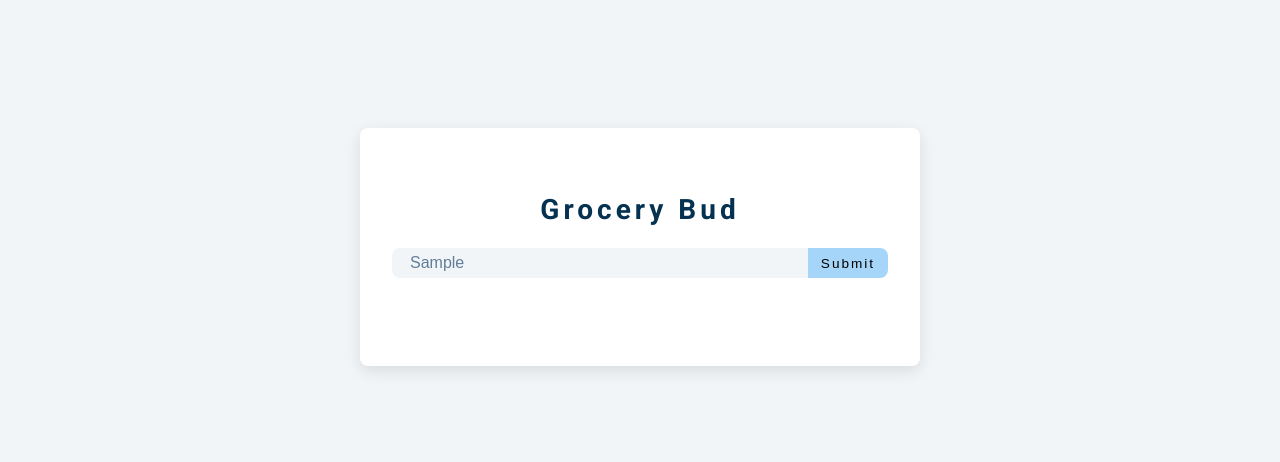
Repository: sunny070/javaScript
Page: Grogery_14/index.html
The author's editor kept a copy of each file at every save. The page is drawn from the files as they stood at one save, then again after a run of saves.
The browser window is 1280 px wide. The pictures show the whole page.
Empty fields were first filled with sample values (such as "Sample", 5 or name@example.com).
After loading, the first visible `form.grocery-form` was submitted once.
Some web libraries are served in a nearby version.

Above is the page before, as saved 2023-10-31 12:11:37.

### Grogery_14/index.html
<!DOCTYPE html>
<html lang="en">
<head>
    <meta charset="UTF-8">
    <meta name="viewport" content="width=device-width, initial-scale=1.0">
    <title>Grocery Bud</title>
    <link
    rel="stylesheet"
    href="https://cdnjs.cloudflare.com/ajax/libs/font-awesome/5.14.0/css/all.min.css"
  />
    <link rel="stylesheet" href="style.css">
</head>
<body>
    <section class="section-center">
        <!-- form -->
        <form action="" class="grocery-form">
            <p class="alert"></p>
            <h3>grocery bud</h3>
            <div class="form-control">
                <input type="text" id="grocery" placeholder="e.g. eggs">
                <button type="submit" class="submit-btn">submit</button>
            </div>
        </form>
        <!-- list -->
        <div class="grocery-container">
            <div class="grocery-list">
                <!-- <article class="grocery-item">
                    <p class="title">item</p>
                    <div class="btn-container">
                        <button type="button" class="edit-btn">
                            <i class="fas fa-edit"></i>
                        </button>
                        <button type="button" class="delete-btn">
                            <i class="fas fa-trash"></i>
                        </button>
                    </div>
                </article> -->
            </div>
            <!-- button -->
            <button type="button" class="clear-btn">clear items</button>
        </div>
    </section>
    <script src="app.js"></script>
</body>
</html>

### Grogery_14/style.css
/*
===============
Fonts
===============
*/
@import url("https://fonts.googleapis.com/css?family=Open+Sans|Roboto:400,700&display=swap");

/*
===============
Variables
===============
*/

:root {
  /* dark shades of primary color*/
  --clr-primary-1: hsl(205, 86%, 17%);
  --clr-primary-2: hsl(205, 77%, 27%);
  --clr-primary-3: hsl(205, 72%, 37%);
  --clr-primary-4: hsl(205, 63%, 48%);
  /* primary/main color */
  --clr-primary-5: #49a6e9;
  /* lighter shades of primary color */
  --clr-primary-6: hsl(205, 89%, 70%);
  --clr-primary-7: hsl(205, 90%, 76%);
  --clr-primary-8: hsl(205, 86%, 81%);
  --clr-primary-9: hsl(205, 90%, 88%);
  --clr-primary-10: hsl(205, 100%, 96%);
  /* darkest grey - used for headings */
  --clr-grey-1: hsl(209, 61%, 16%);
  --clr-grey-2: hsl(211, 39%, 23%);
  --clr-grey-3: hsl(209, 34%, 30%);
  --clr-grey-4: hsl(209, 28%, 39%);
  /* grey used for paragraphs */
  --clr-grey-5: hsl(210, 22%, 49%);
  --clr-grey-6: hsl(209, 23%, 60%);
  --clr-grey-7: hsl(211, 27%, 70%);
  --clr-grey-8: hsl(210, 31%, 80%);
  --clr-grey-9: hsl(212, 33%, 89%);
  --clr-grey-10: hsl(210, 36%, 96%);
  --clr-white: #fff;
  --clr-red-dark: hsl(360, 67%, 44%);
  --clr-red-light: hsl(360, 71%, 66%);
  --clr-green-dark: hsl(125, 67%, 44%);
  --clr-green-light: hsl(125, 71%, 66%);
  --clr-black: #222;
  --ff-primary: "Roboto", sans-serif;
  --ff-secondary: "Open Sans", sans-serif;
  --transition: all 0.3s linear;
  --spacing: 0.25rem;
  --radius: 0.5rem;
  --light-shadow: 0 5px 15px rgba(0, 0, 0, 0.1);
  --dark-shadow: 0 5px 15px rgba(0, 0, 0, 0.2);
  --max-width: 1170px;
  --fixed-width: 620px;
}
/*
===============
Global Styles
===============
*/

*,
::after,
::before {
  margin: 0;
  padding: 0;
  box-sizing: border-box;
}
body {
  font-family: var(--ff-secondary);
  background: var(--clr-grey-10);
  color: var(--clr-grey-1);
  line-height: 1.5;
  font-size: 0.875rem;
}
ul {
  list-style-type: none;
}
a {
  text-decoration: none;
}
img:not(.logo) {
  width: 100%;
}
img {
  display: block;
}

h1,
h2,
h3,
h4 {
  letter-spacing: var(--spacing);
  text-transform: capitalize;
  line-height: 1.25;
  margin-bottom: 0.75rem;
  font-family: var(--ff-primary);
}
h1 {
  font-size: 3rem;
}
h2 {
  font-size: 2rem;
}
h3 {
  font-size: 1.25rem;
}
h4 {
  font-size: 0.875rem;
}
p {
  margin-bottom: 1.25rem;
  color: var(--clr-grey-5);
}
@media screen and (min-width: 800px) {
  h1 {
    font-size: 4rem;
  }
  h2 {
    font-size: 2.5rem;
  }
  h3 {
    font-size: 1.75rem;
  }
  h4 {
    font-size: 1rem;
  }
  body {
    font-size: 1rem;
  }
  h1,
  h2,
  h3,
  h4 {
    line-height: 1;
  }
}
/*  global classes */

.btn {
  text-transform: uppercase;
  background: transparent;
  color: var(--clr-black);
  padding: 0.375rem 0.75rem;
  letter-spacing: var(--spacing);
  display: inline-block;
  transition: var(--transition);
  font-size: 0.875rem;
  border: 2px solid var(--clr-black);
  cursor: pointer;
  box-shadow: 0 1px 3px rgba(0, 0, 0, 0.2);
  border-radius: var(--radius);
}
.btn:hover {
  color: var(--clr-white);
  background: var(--clr-black);
}
/* section */
.section {
  padding: 5rem 0;
}

.section-center {
  width: 90vw;
  margin: 0 auto;
  max-width: 35rem;
  margin-top: 8rem;
}
@media screen and (min-width: 992px) {
  .section-center {
    width: 95vw;
  }
}
main {
  min-height: 100vh;
  display: grid;
  place-items: center;
}
/*
===============
Grocery List
===============
*/
.section-center {
  background: var(--clr-white);
  border-radius: var(--radius);
  box-shadow: var(--light-shadow);
  transition: var(--transition);
  padding: 2rem;
}
.section-center:hover {
  box-shadow: var(--dark-shadow);
}
.alert {
  margin-bottom: 1rem;
  height: 1.25rem;
  display: grid;
  align-items: center;
  text-align: center;
  font-size: 0.7rem;
  border-radius: 0.25rem;
  letter-spacing: var(--spacing);
  text-transform: capitalize;
}
.alert-danger {
  color: #721c24;
  background: #f8d7da;
}
.alert-success {
  color: #155724;
  background: #d4edda;
}
.grocery-form h3 {
  color: var(--clr-primary-1);
  margin-bottom: 1.5rem;
  text-align: center;
}
.form-control {
  display: flex;
  justify-content: center;
}
#grocery {
  padding: 0.25rem;
  padding-left: 1rem;
  background: var(--clr-grey-10);
  border-top-left-radius: var(--radius);
  border-bottom-left-radius: var(--radius);
  border-color: transparent;
  font-size: 1rem;
  flex: 1 0 auto;
  color: var(--clr-grey-5);
}
#grocery::placeholder {
  font-family: var(--ff-secondary);
  color: var(--clr-grey-5);
}
.submit-btn {
  background: var(--clr-primary-8);
  border-color: transparent;
  flex: 0 0 5rem;
  display: grid;
  align-items: center;
  padding: 0.25rem;
  text-transform: capitalize;
  letter-spacing: 2px;
  border-top-right-radius: var(--radius);
  border-bottom-right-radius: var(--radius);
  cursor: pointer;
  content: var(--clr-primary-5);
  transition: var(--transition);
  font-size: 0.85rem;
}
.submit-btn:hover {
  background: var(--clr-primary-5);
  color: var(--clr-white);
}

.grocery-container {
  margin-top: 2rem;
  transition: var(--transition);
  visibility: hidden;
}
.show-container {
  visibility: visible;
}
.grocery-item {
  display: flex;
  align-items: center;
  justify-content: space-between;
  margin-bottom: 0.5rem;
  transition: var(--transition);
  padding: 0.25rem 1rem;
  border-radius: var(--radius);
  text-transform: capitalize;
}
.grocery-item:hover {
  color: var(--clr-grey-5);
  background: var(--clr-grey-10);
}
.grocery-item:hover .title {
  color: var(--clr-grey-5);
}
.title {
  margin-bottom: 0;
  color: var(--clr-grey-1);
  letter-spacing: 2px;
  transition: var(--transition);
}
.edit-btn,
.delete-btn {
  background: transparent;
  border-color: transparent;
  cursor: pointer;
  font-size: 0.7rem;
  margin: 0 0.15rem;
  transition: var(--transition);
}
.edit-btn {
  color: var(--clr-green-light);
}
.edit-btn:hover {
  color: var(--clr-green-dark);
}
.delete-btn {
  color: var(--clr-red-light);
}
.delete-btn:hover {
  color: var(--clr-red-dark);
}
.clear-btn {
  text-transform: capitalize;
  width: 10rem;
  height: 1.5rem;
  display: grid;
  align-items: center;
  background: transparent;
  border-color: transparent;
  color: var(--clr-red-light);
  margin: 0 auto;
  font-size: 0.85rem;
  letter-spacing: var(--spacing);
  cursor: pointer;
  transition: var(--transition);
  margin-top: 1.25rem;
}
.clear-btn:hover {
  color: var(--clr-red-dark);
}

### Grogery_14/app.js
// ****** SELECT ITEMS **********
const alert = document.querySelector('.alert');
const form = document.querySelector('.grocery-form');
const grocery = document.getElementById('grocery');
const submitBtn = document.querySelector('.submit-btn');
const container = document.querySelector('.grocery-container');
const list = document.querySelector('.grocery-list');
const clearBtn = document.querySelector('.clear-btn');




// edit option
let editElement;
let editFlag = false;
let editID = "";
// ****** EVENT LISTENERS **********
// submit form
form.addEventListener('submit',addItem)
// ****** FUNCTIONS **********
function addItem(e){
    e.preventDefault();
    const value = grocery.value;

    const id = new Date().getTime().toString()
    // console.log(id);
    if(value && !editFlag ){
        const element = document.createElement('article');
        //  add class
        element.classList.add('grocery-item');
        // add id
        const attr = document.createAttribute('data-id');
        attr.value = id;
        element.setAttributeNode(attr);
        element.innerHTML = `<p class="title">${value}</p>
        <div class="btn-container">
            <button type="button" class="edit-btn">
                <i class="fas fa-edit"></i>
            </button>
            <button type="button" class="delete-btn">
                <i class="fas fa-trash"></i>
            </button>
        </div>`;
        // appen child
        list.appendChild
    }else if(value  && editFlag){
        console.log("editing");
    }else{
        displayAlert('please enter value',"danger")
    }
}
// display alert
function displayAlert(text,action){
    alert.textContent = text;
    alert.classList.add(`alert-${action}`);


    // remove alert
    setTimeout(function(){
        alert.textContent = '';
        alert.classList.remove(`alert-${action}`);
    },1000)
}
// ****** LOCAL STORAGE **********

// ****** SETUP ITEMS **********

After the next 2 saves:
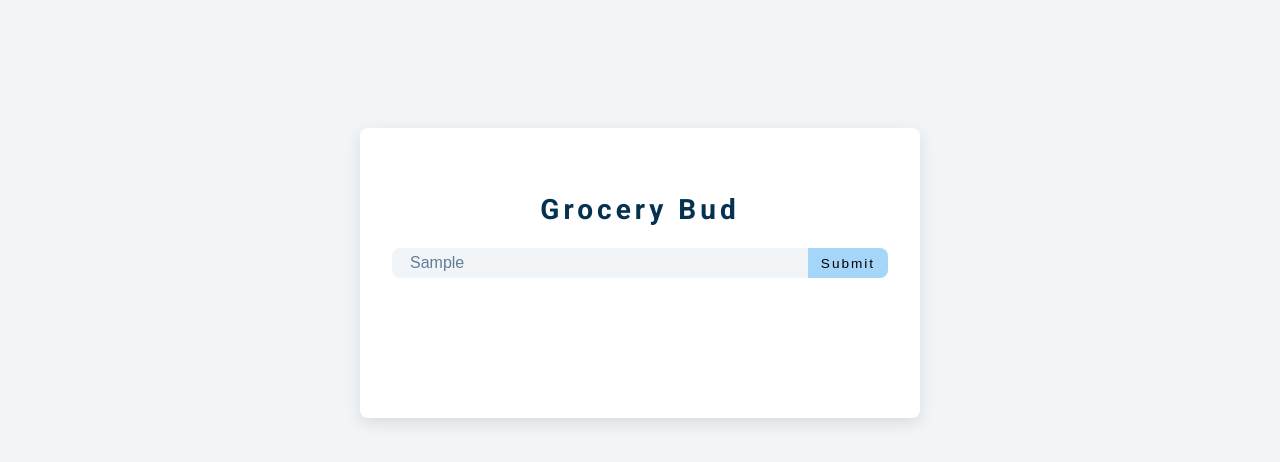
The 2 saves are shown as one change because they came seconds apart.
The last was saved 6 s later.
--- a/Grogery_14/app.js
+++ b/Grogery_14/app.js
@@ -42,7 +42,8 @@ function addItem(e){
             </button>
         </div>`;
         // appen child
-        list.appendChild
+        list.appendChild(element)
+
     }else if(value  && editFlag){
         console.log("editing");
     }else{
